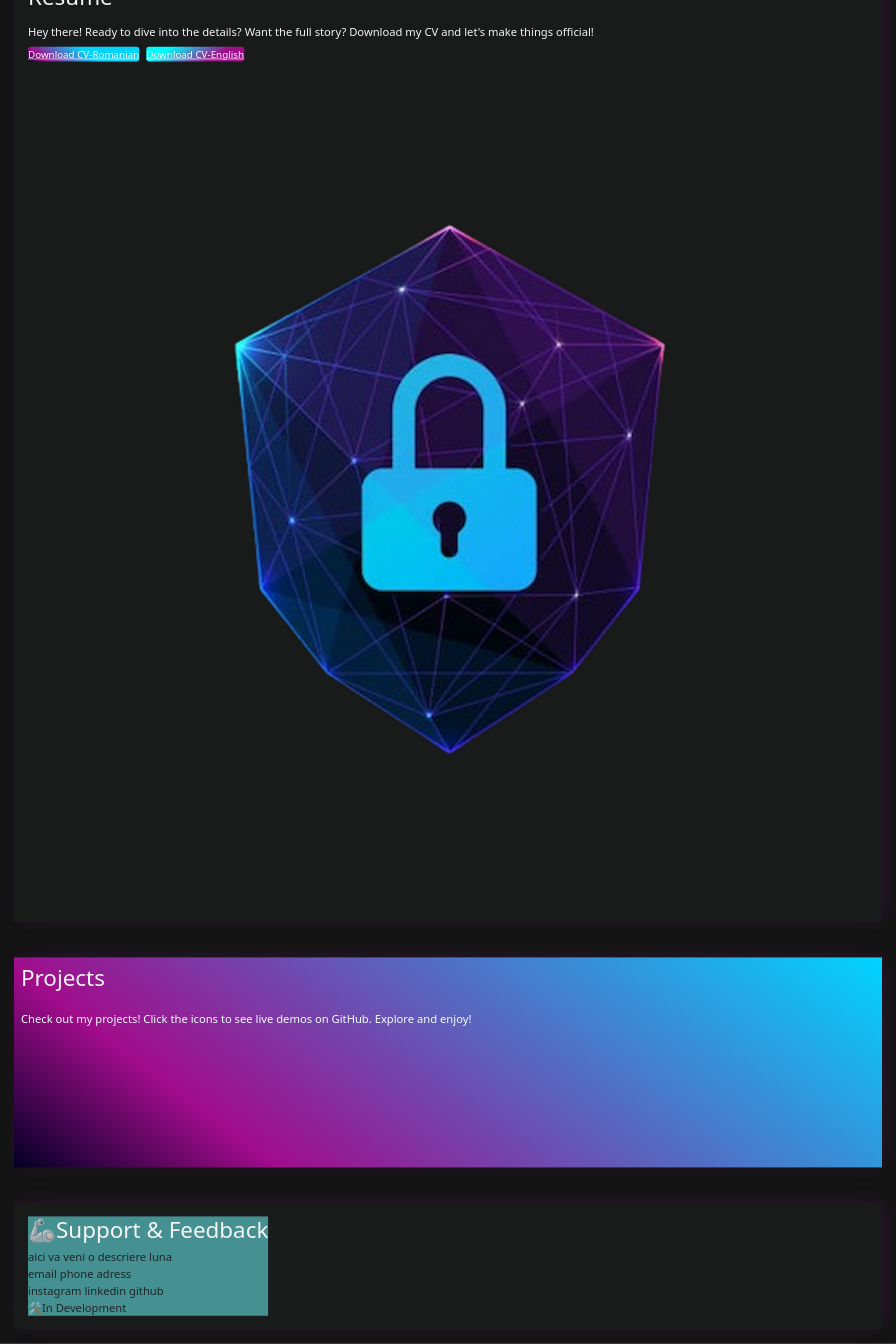
Repository: Sebastiand22/portfolio
Page: index.html
An editor plug-in stored every save of this project. The page is shown before and after the next save, followed by the edit.
The browser window is 1280 px wide. The pictures show the part of the page from y = 1854 to 3774 px (the page is 3774 px tall), at 70% of full size.

Above is the page before, as saved 2024-09-15 17:30:50.

### index.html
<!DOCTYPE html>
<html lang="en">
  <head>
    <meta charset="UTF-8" />
    <meta name="viewport" content="width=device-width, initial-scale=1.0" />
    <meta
      name="description"
      content="Sebastian Dunduc - Frontend Developer portfolio showcasing projects, resume, and contact information."
    />
    <title>Portfolio - Sebastian Dunduc</title>

    <link
      href="https://cdn.jsdelivr.net/npm/bootstrap@5.3.0-alpha1/dist/css/bootstrap.min.css"
      rel="stylesheet"
    />
    <link rel="preconnect" href="https://fonts.googleapis.com" />
    <link rel="preconnect" href="https://fonts.gstatic.com" crossorigin />
    <link
      href="https://fonts.googleapis.com/css?family=Roboto:300,400,400i,500,500i,700,900&amp;display=swap"
      rel="stylesheet"
    />
    <link rel="stylesheet" href="index.css" />
  </head>
  <body>
    <section class="big-container">
      <div class="nav-bar navbar navbar-expand-lg">
        <h2 class="name">Sebastian</h2>

        <!-- Toggle button -->
        <button
          class="navbar-toggler"
          type="button"
          data-bs-toggle="collapse"
          data-bs-target="#navbarContent"
          aria-controls="navbarContent"
          aria-expanded="false"
          aria-label="Toggle navigation"
        >
          <svg
            class="navbar-toggler-svg"
            width="24"
            height="24"
            viewBox="0 0 24 24"
            fill="none"
            xmlns="http://www.w3.org/2000/svg"
          >
            <rect x="3" y="6" width="18" height="2" fill="grey" />
            <rect x="3" y="11" width="18" height="2" fill="grey" />
            <rect x="3" y="16" width="18" height="2" fill="grey" />
          </svg>
        </button>

        <!-- Navbar content -->
        <nav class="collapse navbar-collapse" id="navbarContent">
          <ul class="navbar-list navbar-nav ms-auto">
            <li class="nav-item"><a href="#home" class="nav-link">Home</a></li>
            <li class="nav-item">
              <a href="#about" class="nav-link">About me</a>
            </li>
            <li class="nav-item">
              <a href="#resume" class="nav-link">Resume</a>
            </li>
            <li class="nav-item">
              <a href="#project" class="nav-link">Projects</a>
            </li>
            <li class="nav-item">
              <a href="#contact" class="nav-link">Contact</a>
            </li>
          </ul>
        </nav>
      </div>
      <!-- HEADER SECTION -->
      <section class="header-container" id="home">
        <div class="header-section">
          <span class="header-name">I am Sebastian Dunduc</span>
          <h2 class="job-position">Frontend Developer</h2>

          <div class="wrap">
            <a href="#contact">
              <button class="button">
                <span>Contact Me</span>
              </button>
            </a>
          </div>
        </div>
        <picture class="anime">
          <source
            media="(min-width:1280px)"
            srcset="images/me-laptop-1x.webp 1x, images/me-laptop-2x.webp 2x"
          />
          <source
            media="(min-width:768px)"
            srcset="images/me-tablet-1x.webp 1x, images/me-tablet-2x.webp 2x"
          />
          <source
            media="(min-width:320px)"
            srcset="images/me-mobile1x.webp 1x, images/me-mobilee-2x.webp 2x"
          />
          <img class="me-photo" src="images/" alt="Sebastian Dunduc" />
        </picture>
      </section>

      <section class="about-container" id="about">
        <div class="about-section">
          <h2>About me</h2>
          <span class="about-description"
            >I'm passionate about frontend development and constantly pushing
            myself to improve, learning new things every step of the way. When
            I’m not coding, you’ll find me at a party, balancing pixels by day
            and beats by night!</span
          >
          <picture class="pixel-picture">
            <source
              media="(min-width:1280px)"
              srcset="
                images/pixel1x-laptop.webp 1x,
                images/pixel2x-laptop.webp 2x
              "
            />
            <source
              media="(min-width:768px)"
              srcset="
                images/pixel1x-tablet.webp 1x,
                images/pixel2x-tablet.webp 2x
              "
            />
            <source
              media="(min-width:320px)"
              srcset="
                images/pixel1x-mobile.webp 1x,
                images/pixel2x-laptop.webp 2x
              "
            />
            <img
              class="pixel"
              src="images/pixel1x-tablet.webp"
              alt="Sebastian Dunduc"
            />
          </picture>
        </div>
      </section>
      <!-- RESUME SECTION -->
      <section class="resume-container" id="resume">
        <div class="resume-section">
          <h2>Resume</h2>
          <span class="resume-description">
            Hey there! Ready to dive into the details? Want the full story?
            Download my CV and let's make things official!</span
          >

          <div class="button-link">
            <a
              href="./files/Sebastian Dunduc Resume Romana.pdf"
              download="CV-Romanian"
              class="download-button-1"
              >Download CV-Romanian</a
            >
            <a
              href="./files/Sebastian Dunduc-Resume English.pdf"
              download="CV-English"
              class="download-button-2"
              >Download CV-English</a
            >
          </div>

          <picture class="lock-picture">
            <source
              media="(min-width:1280px)"
              srcset="
                images/lock-laptop1x.webp 1x,
                images/lock-laptop2x.webp 2x
              "
            />
            <source
              media="(min-width:768px)"
              srcset="
                images/lock-tablet1x.webp 1x,
                images/lock-tablet2x.webp 2x
              "
            />
            <source
              media="(min-width:320px)"
              srcset="
                images/lock-mobile1x.webp 1x,
                images/lock-mobile2x.webp 2x
              "
            />
            <img
              class="pixel"
              src="images/lock-tablet1x.webp"
              alt="Sebastian Dunduc"
            />
          </picture>
        </div>
      </section>
      <!-- PROJECT SECTION -->
      <section class="project-container" id="project">
        <div class="background-project">
          <div class="project-section">
            <h2>Projects</h2>
            <span class="project-description"
              >Check out my projects! Click the icons to see live demos on
              GitHub. Explore and enjoy!</span
            >
          </div>
        </div>
      </section>
      <!-- FOOTER SECTION -->
      <section class="footer-container" id="contact">
        <div class="footer-section">
          <div class="support-feedback">
            <h2>🦾Support & Feedback</h2>
            <span class="support-description"
              >aici va veni o descriere luna
            </span>

            <div class="contact-details">email phone adress</div>

            <div class="social-details">instagram linkedin github</div>
            <div class="development">🛠In Development</div>
          </div>
        </div>
        <div class="black-footer"> </div>
      </section>
    </section>
    <script src="https://cdn.jsdelivr.net/npm/bootstrap@5.3.0-alpha1/dist/js/bootstrap.bundle.min.js"></script>
  </body>
</html>

### index.css
:root {
  --font-title: "Playfair Display SC", serif;
  --size-title: 30px;
  --font-text: "Roboto Serif", serif;
}
body {
  margin: 0;
  padding: 0;
  box-sizing: border-box;
  width: 100%;
  height: 100%;
}

li {
  list-style-type: none;
}

.big-container {
  display: flex;
  flex-direction: column;
  background-color: rgb(20, 20, 20);
  min-height: 100vh;
  padding: 20px;
  max-width: 100%;
  overflow: hidden;
  gap: 50px;
}

.name {
  font-family: "Roboto", sans-serif;
  font-style: normal;
  font-size: 30px;
  background: linear-gradient(
    37deg,
    rgba(2, 0, 36, 1) 0%,
    rgba(161, 12, 139, 1) 23%,
    rgba(0, 212, 255, 1) 100%
  );
  font-weight: 900;
  text-align: center;
  -webkit-background-clip: text;
  -webkit-text-fill-color: transparent;
}
.name {
  margin-left: 20px;
  margin-top: 8px;
}

.navbar-toggler {
  border: none;
}

.navbar-toggler:focus,
.navbar-toggler:active {
  box-shadow: none; /* Elimină orice umbră de focus */
}
.nav-bar {
  display: flex;
  width: 100%;
  overflow: hidden;
  background-color: #191a1a;
  border-radius: 4px;
}
.navbar-list li {
  display: inline;
  margin-left: 20px;
}

.nav-link {
  color: white;
  transition: color 0.15s ease-in-out, background-color 0.15s ease-in-out,
    border-color 0.15s ease-in-out;
}

.nav-link:hover {
  color: rgb(75, 78, 78);
}

/* HEADER SECTION  */
.header-container {
  background-color: #191a1a;
  height: auto;
  overflow: hidden;
  padding: 20px;
  border-radius: 4px;
}

.header-section {
  display: flex;
  flex-direction: column;
  align-items: center;
}
.header-name {
  font-family: "Roboto", sans-serif;
  font-size: 20px;
  color: rgb(184, 180, 180);
  text-align: center;
}

.job-position {
  font-family: "Roboto", sans-serif;
  font-style: normal;
  font-size: 30px;
  font-weight: 900;
  text-align: center;
  background: radial-gradient(
    circle farthest-side at left center,
    #4e4f51 0%,
    #c9d6d0 100%
  );
  -webkit-background-clip: text;
  -webkit-text-fill-color: transparent;
}

.anime {
  display: block;
  width: 100%;
  height: auto; /* Asigură păstrarea proporțiilor */
  max-width: 100%;

  /* Asigură că imaginea nu depășește lățimea containerului */
}
.anime img {
  margin-top: 20px;
  max-width: 100%;
  height: auto;
  display: none;

  /* Asigură păstrarea proporțiilor */
}

.wrap {
  height: auto;
  display: flex;
  align-items: center;
  justify-content: center;
}
.button {
  position: relative; /* Necesare pentru poziționarea absolută a ::before */
  padding: 10px 20px;
  font-size: 16px;
  color: #fff;
  background: linear-gradient(
    37deg,
    rgba(2, 0, 36, 1) 0%,
    rgba(161, 12, 139, 1) 23%,
    rgba(0, 212, 255, 1) 100%
  );
  border: none;
  border-radius: 4px;
  cursor: pointer;

  overflow: hidden; /* Asigură că ::before nu depășește butonul */
  text-align: center; /* Asigură alinierea textului */
  transition: transform 0.3s ease, box-shadow 0.3s ease, background 0.3s ease;
}

/* Ascunde textul butonului */

.button::before {
  content: "Contact Me";
  position: absolute;
  top: 50%;
  left: 50%;
  transform: translate(-50%, -50%);
  font-size: 16px;
  color: #fff;
  white-space: nowrap;
  transition: opacity 0.1s ease, transform 0.1s ease;
  z-index: 1; /* Asigură că textul este deasupra altor elemente */
}

/* Stiluri pentru hover - schimbarea textului */
.button:hover::before {
  content: "0762 311 886";
  opacity: 1; /* Asigură că textul este vizibil */
  transform: translate(-50%, -50%) rotateX(0deg);
  color: #000000;
}

/* Ascunde textul butonului original la hover */
.button:hover span {
  opacity: 0;
}

/* ABOUT ME SECTION */

.about-container {
  display: flex;
  justify-content: flex-start;
  background-color: #191a1a;
  height: auto;
  overflow: hidden;
  padding: 20px;
  box-shadow: 6px -2px 25px -6px rgba(136, 24, 161, 0.26);
}

.about-section {
  display: flex;
  flex-direction: column;
  gap: 20px;
  overflow: hidden;
}
.pixel-picture {
  display: block;
  width: 100%;
  height: auto; /* Asigură păstrarea proporțiilor */
  max-width: 100%;
}

/* Asigură că imaginea nu depășește lățimea containeului */

.pixel-picture img {
  margin-top: 20px;
  max-width: 100%;
  height: auto;
}

.about-description {
  background-image: url(https://media1.giphy.com/media/v1.Y2lkPTc5MGI3NjExc2Z3Ymp4NWdmbnRwZmdrdzZ4anRvaDQ3NXBjdzNlc25xc3M3aWdtMyZlcD12MV9pbnRlcm5hbF9naWZfYnlfaWQmY3Q9Zw/xGrjBxxEBvWTBtkAk4/giphy.webp);
  background-size: cover;
  color: transparent;
  -moz-background-clip: text;
  -webkit-background-clip: text;
  text-transform: uppercase;
  margin: 10px 0;
}
h2 {
  color: whitesmoke;
}

/* RESUME SECTION */

.download-button-1 {
  position: relative; /* Necesare pentru poziționarea absolută a ::before */
  font-size: 14px;
  color: #fff;
  background: rgb(2, 0, 36);
  background: linear-gradient(
    37deg,
    rgba(2, 0, 36, 1) 0%,
    rgba(161, 12, 139, 1) 14%,
    rgba(0, 212, 255, 1) 54%
  );
  border: none;
  border-radius: 4px;
  cursor: pointer;
  overflow: hidden; /* Asigură că ::before nu depășește butonul */
  text-align: center; /* Asigură alinierea textului */
}
.download-button-2 {
  font-size: 14px;
  color: #fff;
  overflow: hidden;
  background: rgb(161, 12, 139);
  background: linear-gradient(
    329deg,
    rgba(161, 12, 139, 1) 30%,
    rgba(0, 254, 255, 0.9865196078431373) 79%
  );
  border: none;
  border-radius: 4px;
  cursor: pointer;
  overflow: hidden; /* Asigură că ::before nu depășește butonul */
  text-align: center; /* Asigură alinierea textului */
}
.button-link {
  display: flex;
  gap: 10px;
}

.download-button-2:hover {
  color: rgb(11, 11, 11);
}

.resume-container {
  display: flex;
  justify-content: flex-start;
  background-color: #191a1a;
  height: auto;
  overflow: hidden;
  padding: 20px;
  box-shadow: 6px -2px 25px -6px rgba(136, 24, 161, 0.26);
}

.resume-section {
  display: flex;
  flex-direction: column;
  overflow: hidden;
  gap: 10px;
}
.lock-picture {
  display: block;
  width: 100%;
  height: auto; /* Asigură păstrarea proporțiilor */
  max-width: 100%;
  align-items: center;
}

/* Asigură că imaginea nu depășește lățimea containeului */

.lock-picture img {
  max-width: 100%;
  height: auto;
}
.resume-description {
  color: whitesmoke;
}

/* PROJECT SECTION */

.project-container {
  display: flex;
  justify-content: flex-start;
  background-color: #191a1a;
  height: auto;
  overflow: hidden;
  padding: 10px;
  box-shadow: inset;
  background: rgb(2, 0, 36);
  background: linear-gradient(
    37deg,
    rgba(2, 0, 36, 1) 0%,
    rgba(161, 12, 139, 1) 23%,
    rgba(0, 212, 255, 1) 100%
  );
  width: 100%;
  height: 300px;
  box-shadow: 6px -2px 25px -6px rgba(136, 24, 161, 0.26);
}

.project-section {
  display: flex;
  flex-direction: column;
  gap: 20px;
}

.project-description {
  color: azure;
}

/* CONTACT SECTION */

.footer-container {
  box-shadow: 6px -2px 25px -6px rgba(136, 24, 161, 0.26);
  display: flex;
  justify-content: flex-start;
  background-color: #191a1a;
  height: auto;
  overflow: hidden;
  padding: 20px;
}

.footer-section {
  display: flex;
  flex-direction: column;
  gap: 20px;
  overflow: hidden;
  background-color:#459090}

After the next save:
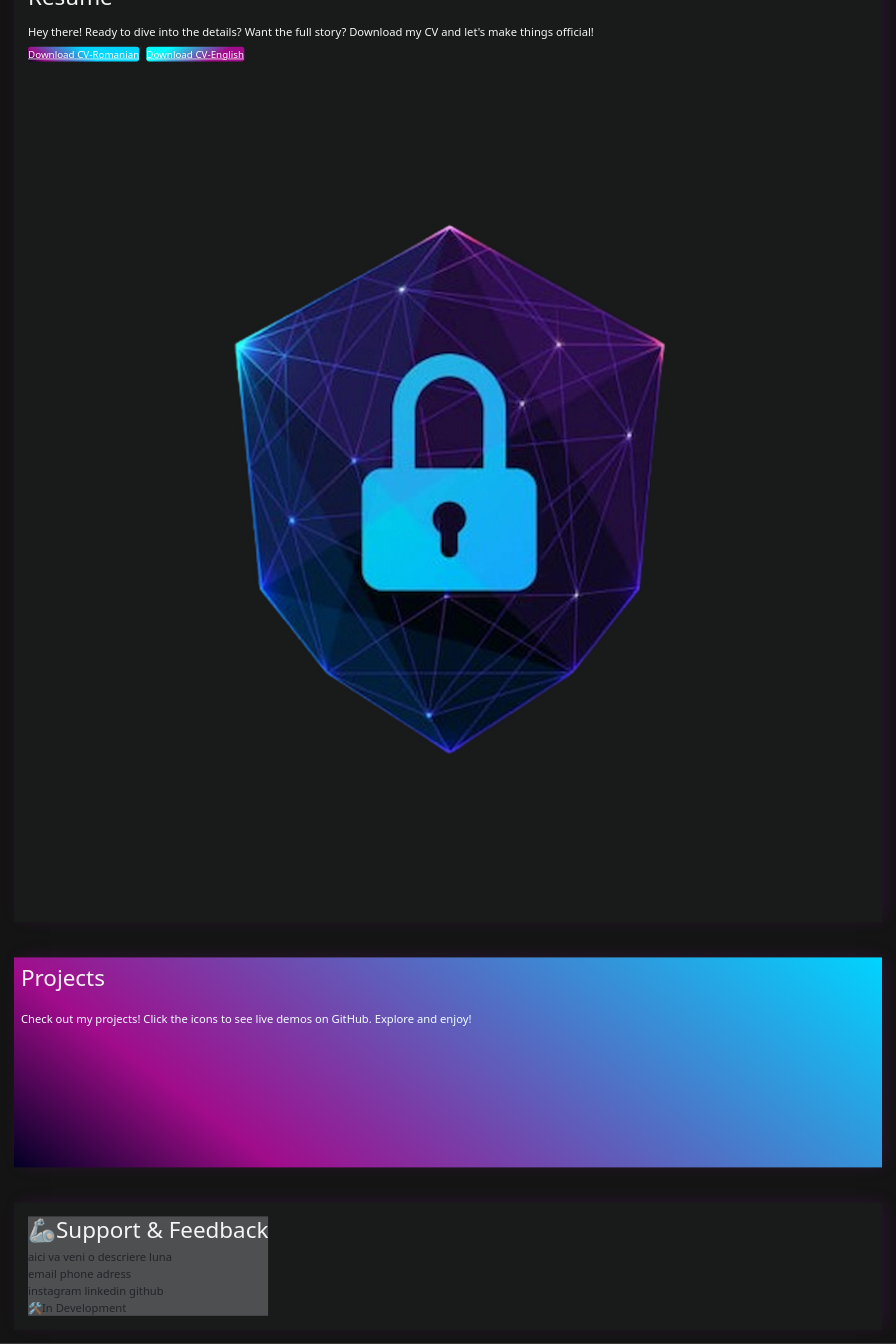
Saved 7 s later.
--- a/index.css
+++ b/index.css
@@ -356,4 +356,5 @@ h2 {
   flex-direction: column;
   gap: 20px;
   overflow: hidden;
-  background-color:#459090}
+  background-color:#4e4f51
+}
